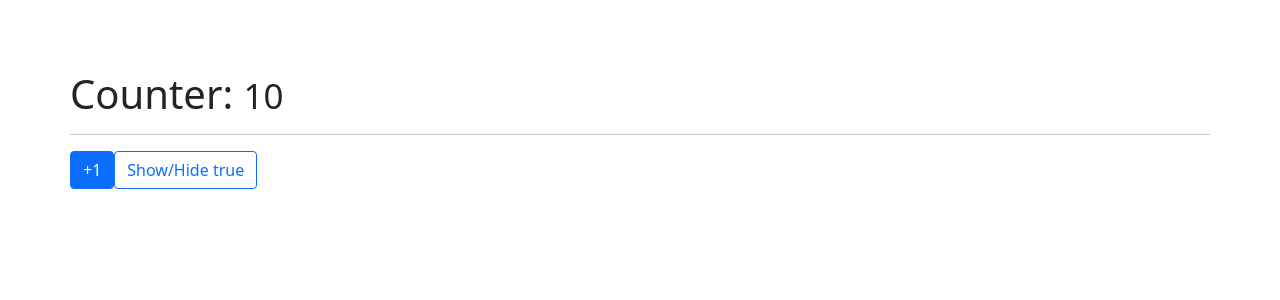
Repository: FlamesAlejandro/practicaReact
Page: /
The author's editor kept a copy of each file at every save. The page is drawn from the files as they stood at one save, then again after a run of saves.
The browser window is 1280 px wide. The pictures show the whole page.
The project was rebuilt for these pictures with package versions that can differ from the ones it lists, and the page was loaded fresh each time.

Above is the page before, as saved 2021-06-02 22:42:57.

### public/index.html
<!DOCTYPE html>
<html lang="en">
  <head>
    <meta charset="utf-8" />
    <link rel="icon" href="%PUBLIC_URL%/favicon.ico" />
    <meta name="viewport" content="width=device-width, initial-scale=1" />
    <meta name="theme-color" content="#000000" />
    <meta
      name="description"
      content="Web site created using create-react-app"
    />

    <!--
      manifest.json provides metadata used when your web app is installed on a
      user's mobile device or desktop. See https://developers.google.com/web/fundamentals/web-app-manifest/
    -->
    <link rel="manifest" href="%PUBLIC_URL%/manifest.json" />
    <!--
      Notice the use of %PUBLIC_URL% in the tags above.
      It will be replaced with the URL of the `public` folder during the build.
      Only files inside the `public` folder can be referenced from the HTML.

      Unlike "/favicon.ico" or "favicon.ico", "%PUBLIC_URL%/favicon.ico" will
      work correctly both with client-side routing and a non-root public URL.
      Learn how to configure a non-root public URL by running `npm run build`.
    -->
       <!-- CSS only -->
<link href="https://cdn.jsdelivr.net/npm/bootstrap@5.0.1/dist/css/bootstrap.min.css" rel="stylesheet" integrity="sha384-+0n0xVW2eSR5OomGNYDnhzAbDsOXxcvSN1TPprVMTNDbiYZCxYbOOl7+AMvyTG2x" crossorigin="anonymous"></link>

    <title>Hooks App</title>
  </head>
  <body>
    <noscript>You need to enable JavaScript to run this app.</noscript>
    <div id="root"></div>
    <!--
      This HTML file is a template.
      If you open it directly in the browser, you will see an empty page.

      You can add webfonts, meta tags, or analytics to this file.
      The build step will place the bundled scripts into the <body> tag.

      To begin the development, run `npm start` or `yarn start`.
      To create a production bundle, use `npm run build` or `yarn build`.
    -->
  </body>
</html>

### src/index.js
import React from 'react';
import ReactDOM from 'react-dom';
// import { RealExampleRef } from './components/04-useRef/RealExampleRef';
// import { Layout } from './components/05-useLayoutEffect/LayoutEffect';
import { Memorize } from './components/06-memos/Memorize';
// import { FocusScreen } from './components/04-useRef/FocusScreen';
// import { MultipleCustomHook } from './components/03-examples/MultipleCustomHook';
// import { FormWithCustomHook } from './components/useEffect/FormWithCustomHook';
// import { SimpleForm } from './components/useEffect/SimpleForm';
// import { CounterApp } from './components/01-useState/CounterApp';
// import { CounterWithCustomHook } from './components/01-useState/CounterWithCustomHook';
// import { HookApp } from './HookApp';

ReactDOM.render(

    <Memorize />,

  document.getElementById('root')
);

### src/components/06-memos/Memorize.js
import React, { useState } from 'react';
import { useCounterM } from '../../hooks/useCounterM'
import '../02-useEffect/effect.css';
import { Small } from './small';


export const Memorize = () => {

    const { counter, increment } = useCounterM( 10 );
    const [show, setShow] = useState(true);

    return (
        <div>
            <h1>Counter: <Small value={ counter } /></h1>
            <hr />

            <button
                className="btn btn-primary"
                onClick={ increment }
            >
                +1
            </button>

            <button
                className="btn btn-outline-primary ml-3"
                onClick={ () =>{
                    setShow( !show );
                    }
                }
            >
                Show/Hide { JSON.stringify( show ) }
            </button>

        </div>
    )
}

### src/hooks/useCounterM.js
import { useState } from 'react';

export const useCounterM = (initialState = 10) => {

    const [counter, setCounter] = useState(initialState)

    const increment = (  ) => {
        setCounter( counter + 1 );
    }

    const decrement = (  ) => {
        setCounter( counter - 1 );
    }

    const reset = () => {
        setCounter( initialState );
    }

    return {
        counter,
        increment,
        decrement,
        reset
    };


}

### src/components/06-memos/small.js
import React from 'react'

export const Small = React.memo(({ value }) => {
    return (
        <small>
            { value }
        </small>
    )
})

### src/components/06-memos/MemoHook.js
import React, { useState } from 'react';
import { useCounterM } from '../../hooks/useCounterM'
import '../02-useEffect/effect.css';


export const MemoHook = () => {

    const { counter, increment } = useCounterM( 10 );
    const [show, setShow] = useState(true);

    return (
        <div>
            <h3>Counter: <small>{ counter }</small> </h3>
            <hr />

            <button
                className="btn btn-primary"
                onClick={ increment }
            >
                +1
            </button>

            <button
                className="btn btn-outline-primary ml-3"
                onClick={ () =>{
                    setShow( !show );
                    }
                }
            >
                Show/Hide { JSON.stringify( show ) }
            </button>

        </div>
    )
}

Loaded but not shown: src/components/02-useEffect/effect.css (common file)

After the next 2 saves:
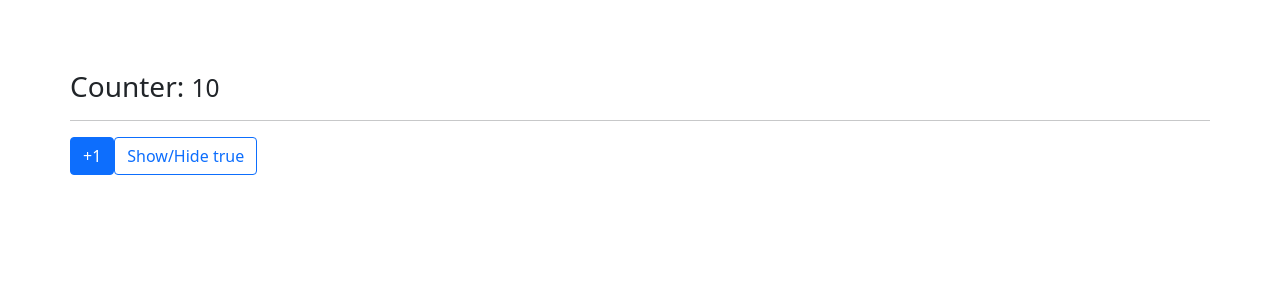
The 2 saves are shown as one change because they came seconds apart.
The last was saved 43 s later.
--- a/src/index.js
+++ b/src/index.js
@@ -1,8 +1,9 @@
 import React from 'react';
 import ReactDOM from 'react-dom';
+import { MemoHook } from './components/06-memos/MemoHook';
 // import { RealExampleRef } from './components/04-useRef/RealExampleRef';
-// import { Layout } from './components/05-useLayoutEffect/LayoutEffect';
-import { Memorize } from './components/06-memos/Memorize';
+// // import { Layout } from './components/05-useLayoutEffect/LayoutEffect';
+// import { Memorize } from './components/06-memos/Memorize';
 // import { FocusScreen } from './components/04-useRef/FocusScreen';
 // import { MultipleCustomHook } from './components/03-examples/MultipleCustomHook';
 // import { FormWithCustomHook } from './components/useEffect/FormWithCustomHook';
@@ -13,7 +14,7 @@ import { Memorize } from './components/06-memos/Memorize';
 
 ReactDOM.render(
 
-    <Memorize />,
+    <MemoHook />,
 
   document.getElementById('root')
 );
